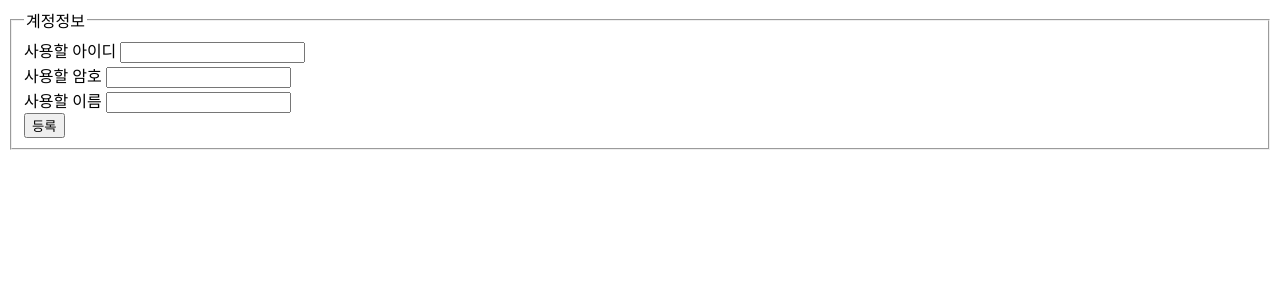
Repository: ybshim90/sesac1
Page: day_20211217_01_web/src/main/webapp/regist.html
The author's editor kept a copy of each file at every save. The page is drawn from the files as they stood at one save, then again after the next save.
The browser window is 1280 px wide. The pictures show the whole page.

Above is the page before, as saved 2021-12-17 05:20:46.

### day_20211217_01_web/src/main/webapp/regist.html
<!DOCTYPE html>
<html>
	<head>
		<meta charset="UTF-8">
		<title>Insert title here</title>
	</head>
	<body>
		<form action="jsp/form1.jsp" method="post">
			<fieldset>
				<legend>계정정보</legend>
				<label> 사용할 아이디
					<input type="text" name="memid"><br>
				</label>

				<label for="id_pw">사용할 암호</label>
				<input type="password" name="mempw" id="id_pw"><br>


				사용할 이름
				<input type="text" name="memname"><br>

				<input type="submit" value="등록">
			</fieldset>
		</form>
	</body>
</html>

After the next save:
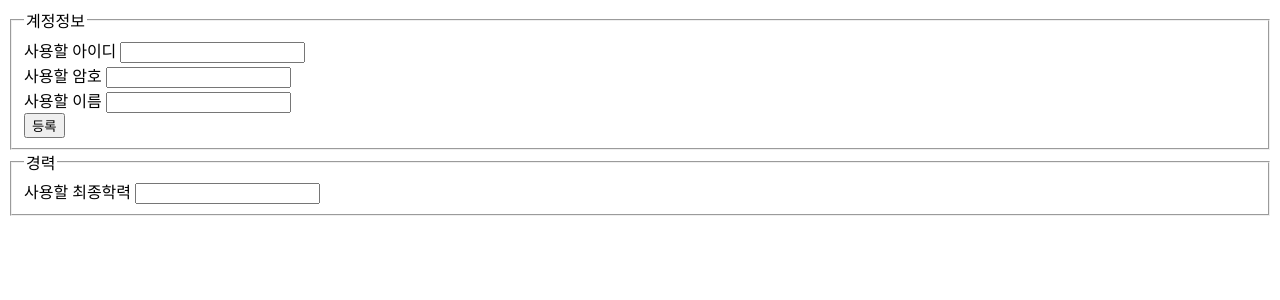
Saved 2 min 35 s later.
--- a/day_20211217_01_web/src/main/webapp/regist.html
+++ b/day_20211217_01_web/src/main/webapp/regist.html
@@ -21,6 +21,12 @@
 
 				<input type="submit" value="등록">
 			</fieldset>
+
+			<fieldset>
+				<legend>경력</legend>
+				사용할 최종학력
+				<input type="text" name="memgrade"><br>
+			</fieldset>
 		</form>
 	</body>
 </html>
